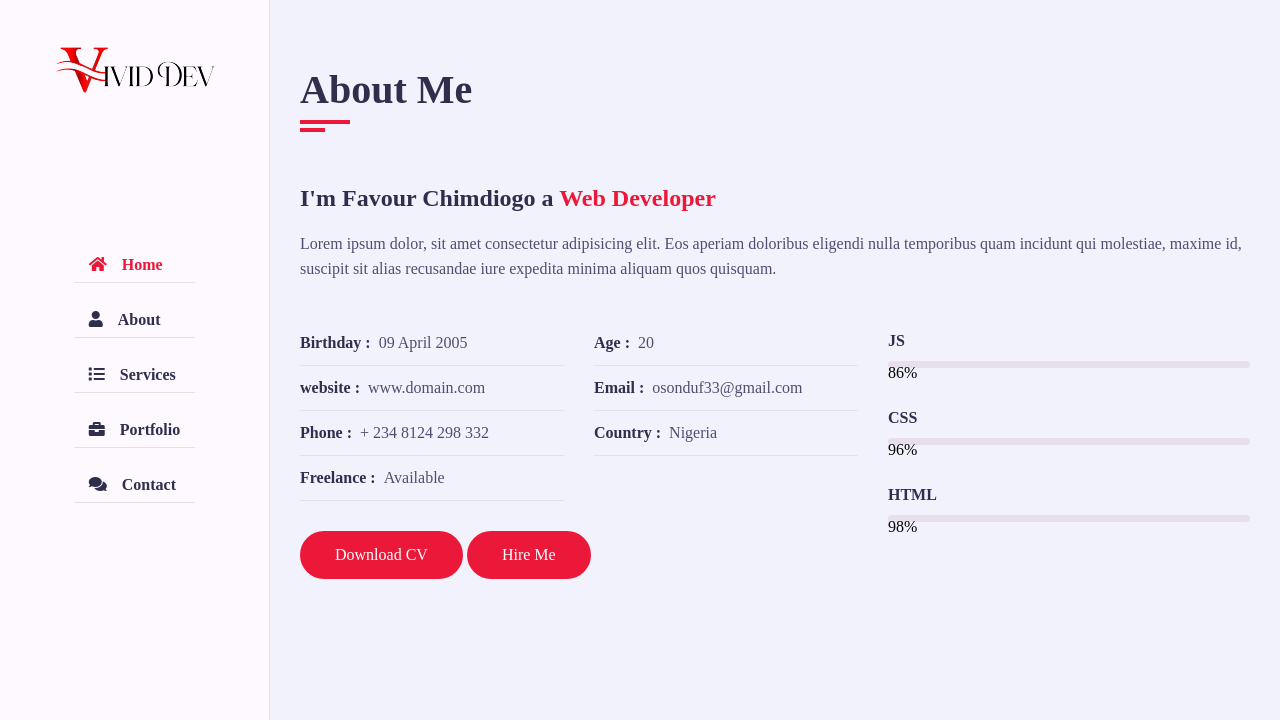
Repository: Big-Fave1/vivid-dev-portfolio
Page: build/index.html
These files come from the project's save history. The page is drawn as it stood at one moment and after the next save; the edit follows.
The browser window is 1280 px wide. The pictures show the whole page.
Some web fonts or font styles are not loaded; a fallback is used.

Above is the page before, as saved 2025-05-30 14:29:56.

After the next save:
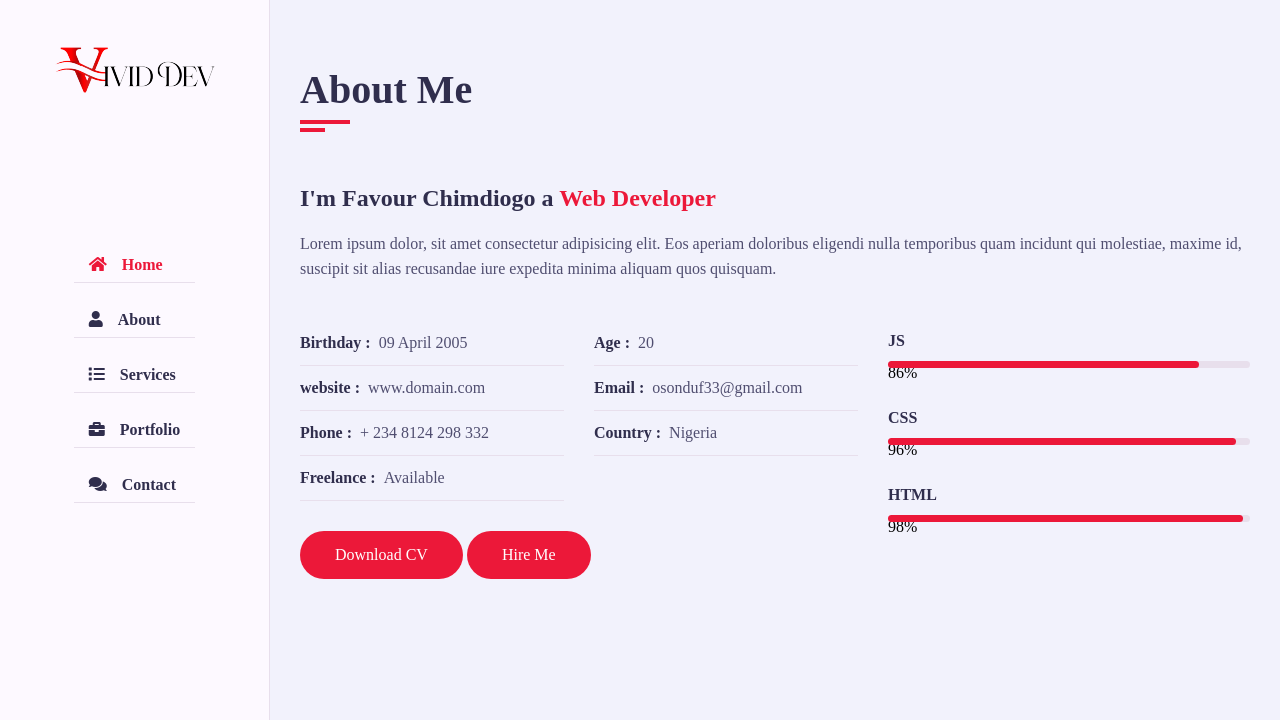
Saved 2 min 50 s later.
--- a/build/css/style.css
+++ b/build/css/style.css
@@ -393,8 +393,18 @@ h3.my-profession
     height: 7px;
     border-radius:  4px;
     width: 100%;
+    position: relative;
 }
 .about .about-content .skills .skill-item
 {
     margin-bottom: 30px;
 }
+.about .about-content .skills .skill-item .progress .progress-in
+{
+    position: absolute;
+    left: 0;
+    top: 0;
+    height: 100%;
+    border-radius: 4px;
+    background-color: var(--skin-color);
+}
